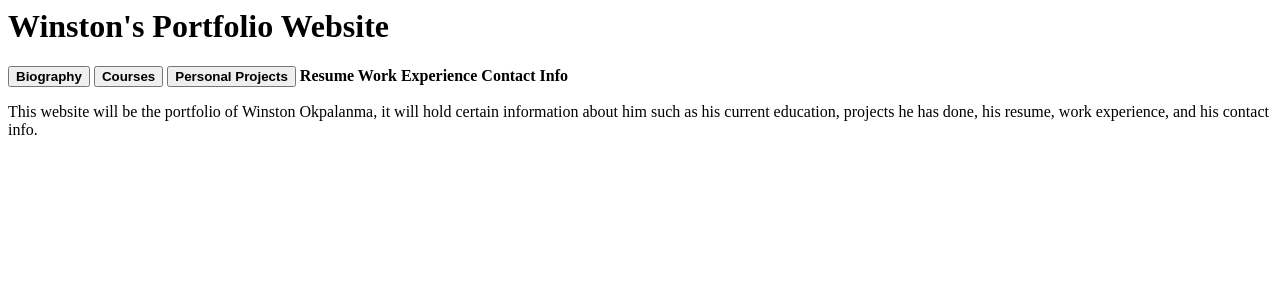
Repository: wokpalanma2020/portfolio
Page: index.html
The author's editor kept a record of every edit. The page is drawn from the files as they stood at one moment, then again after the next edit.
The browser window is 1280 px wide. The pictures show the whole page.

Above is the page before.

### index.html
<html>
  <head>
    <title> Winston's Portfolio  </title>
  </head>

  <body>
    <h1> Winston's Portfolio Website </h1>

    <u1>
      <l1>
        <button>
          <b>Biography </b>
        </button>
      </l1>

      <l1>
        <button>
          <b>Courses </b>
        </button>
      </l1>

      <l1>
        <button>
          <b>Personal Projects </b>
        </button>
      </l1>

      <l1>
        <b>Resume </b>
      </l1>

      <l1>
        <b>Work Experience </b>
      </l1>

      <l1>
        <b>Contact Info </b>
      </l1>
    </u1>

    <p>
      This website will be the portfolio of Winston Okpalanma, it will hold
      certain information about him such as his current education, projects he
      has done, his resume, work experience, and his contact info.
    </p>

  </body>
</html>

After the next edit:
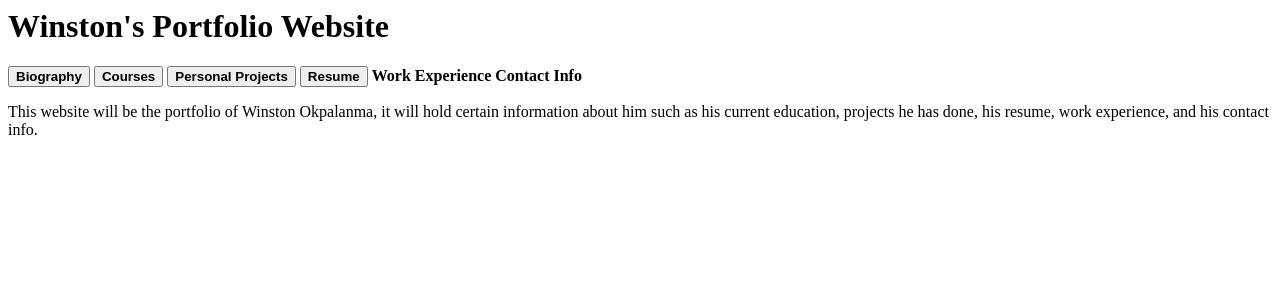
The edit:
--- a/index.html
+++ b/index.html
@@ -26,7 +26,9 @@
       </l1>
 
       <l1>
-        <b>Resume </b>
+        <button>
+          <b>Resume </b>
+        </button>
       </l1>
 
       <l1>
